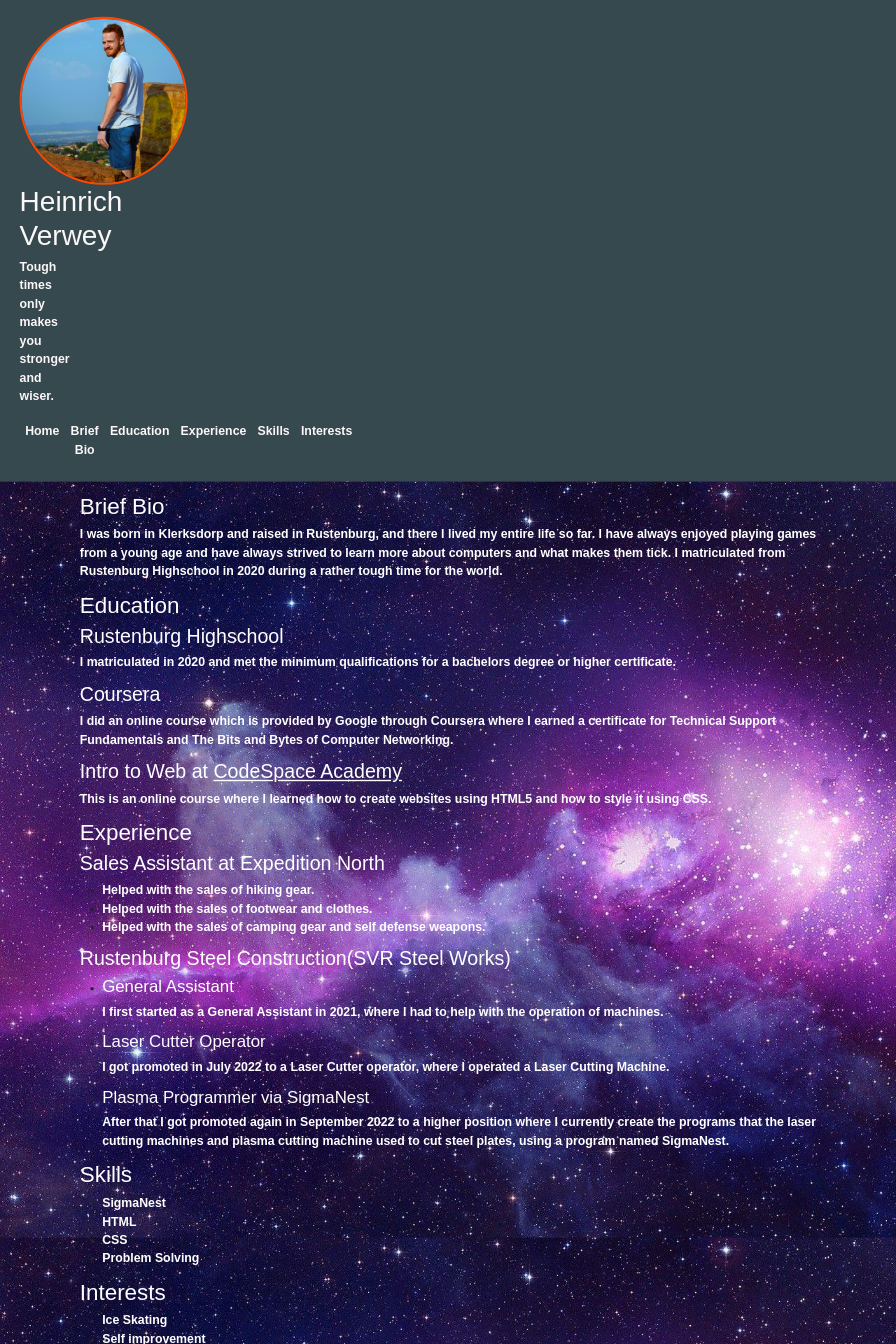
Repository: W3asl3y/IntroToWebDesign
Page: index.html
These files come from the project's save history. The page is drawn as it stood at one moment and after the next save; the edit follows.
The browser window is 1280 px wide. The pictures show the part of the page from y = 0 to 1920 px (the page is 2596 px tall before and 2196 px after), at 70% of full size.

Above is the page before, as saved 2022-12-09 15:28:53.

### index.html
<!DOCTYPE html>
<html lang="en">
    <head>
        <meta charset="UTF-8">
        <meta http-equiv="X-UA-Compatible" content="IE=edge">
        <meta name="viewport" content="width=device-width, initial-scale=1.0">

        <title>
            My Resume
        </title>

        <link rel="stylesheet" href="https://cdn.jsdelivr.net/npm/bootstrap@5.2.3/dist/css/bootstrap.min.css" integrity="sha384-rbsA2VBKQhggwzxH7pPCaAqO46MgnOM80zW1RWuH61DGLwZJEdK2Kadq2F9CUG65" crossorigin="anonymous">

        <link rel="stylesheet" type="text/css" href="css/stylesheet.css">

        <script src="https://cdn.jsdelivr.net/npm/bootstrap@5.2.3/dist/js/bootstrap.bundle.min.js" integrity="sha384-kenU1KFdBIe4zVF0s0G1M5b4hcpxyD9F7jL+jjXkk+Q2h455rYXK/7HAuoJl+0I4" crossorigin="anonymous"></script>

    </head>
    <body>
        <header id="heading">
            <div class="container-fluid text-center" style="padding: 0">
                <div class="row">

                        <div class="col-4">
                            <nav class="navbar navbar-expand-lg bg-transparent">
                                <div class="container-fluid">
                                    <div class="col-2"
                                    <a class="navbar-brand" href="#"><img id="profile_picture" src="images/Heinrich.jpg" alt="My profile picture" ></a>
                                    <div class="col-6 text-center" >
                                        <h1>
                                            Heinrich Verwey
                                        </h1>

                                        <p>
                                            Tough times only makes you stronger and wiser.
                                        </p>
                                    </div>
                                    <button class="navbar-toggler" type="button" data-bs-toggle="collapse" data-bs-target="#navbarSupportedContent" aria-controls="navbarSupportedContent" aria-expanded="false" aria-label="Toggle navigation">
                                        <span class="navbar-toggler-icon"></span>
                                    </button>
                                    <div class="collapse navbar-collapse" id="navbarSupportedContent">
                                        <ul class="navbar-nav me-auto mb-2 mb-lg-0">
                                            <li class="nav-item">
                                                <a class="nav-link active" aria-current="page" href="#">Home</a>
                                            </li>
                                            <li class="nav-item">
                                                <a class="nav-link" href="#brief_bio"> Brief Bio </a>
                                            </li>
                                             <li class="nav-item dropdown">
                                                <a class="nav-link" href="#education"> Education </a>
                                             </li>

                                            <li class="nav-item">
                                                <a class="nav-link" href="#experience"> Experience </a>
                                            </li>
                                            <li class="nav-item">
                                                <a class="nav-link" href="#skills"> Skills </a>
                                            </li>
                                            <li class="nav-item">
                                                <a class="nav-link" href="#interests"> Interests </a>
                                            </li>
                                        </ul>
                                    </div>
                                </div>
                            </nav>
                        </div>
                </div>
            </div>
        </header>

        <div class="backgroundImage">

        <main>
            <div class="container" style="padding-top: 1rem">
                <div class="row">
                    <div class="col-12">
                        <article id="contents">
                            <h2 id="brief_bio">
                                Brief Bio
                            </h2>
                            <p>
                                I was born in Klerksdorp and raised in Rustenburg, and there I lived my entire life so far. I have always enjoyed playing games from a young age and have always strived to learn more about computers and what makes them tick. I matriculated from Rustenburg Highschool in 2020 during a rather tough time for the world.
                            </p>
                            <h2 id=education>
                                Education
                            </h2>
                            <h3>
                                Rustenburg Highschool
                            </h3>
                            <p>
                                I matriculated in 2020 and met the minimum qualifications for a bachelors degree or higher certificate.
                            </p>
                            <h3>
                                Coursera
                            </h3>
                            <p>
                                I did an online course which is provided by Google through Coursera where I earned a certificate for Technical Support Fundamentals and The Bits and Bytes of Computer Networking.
                            </p>
                            <h3>
                                Intro to Web at <a href="https://www.codespace.co.za/courses/frontend-web-development/">CodeSpace Academy</a>
                            </h3>
                            <p>
                                This is an online course where I learned how to create websites using HTML5 and how to style it using CSS.
                            </p>
                            </h3>
                            <h2 id="experience">
                                Experience
                            </h2>
                            <h3>
                                Sales Assistant at Expedition North
                            </h3>
                            <ul>
                                <li>
                                    Helped with the sales of hiking gear.
                                </li>
                                <li>
                                    Helped with the sales of footwear and clothes.
                                </li>
                                <li>
                                    Helped with the sales of camping gear and self defense weapons.
                                </li>
                            </ul>
                            <h3>
                                Rustenburg Steel Construction(SVR Steel Works)
                            </h3>
                            <ul>
                                <li>
                                    <h4>
                                        General Assistant
                                    </h4>
                                        <p>
                                            I first started as a General Assistant in 2021, where I had to help with the operation of machines.
                                        </p>
                                </li>
                                <li>
                                    <h4>
                                        Laser Cutter Operator
                                    </h4>
                                        <p>
                                            I got promoted in July 2022 to a Laser Cutter operator, where I operated a Laser Cutting Machine.
                                        </p>
                                </li>
                                <li>
                                    <h4>
                                        Plasma Programmer via SigmaNest
                                    </h4>
                                        <p>
                                            After that I got promoted again in September 2022 to a higher position where I currently create the programs that the laser cutting machines and plasma cutting machine used to cut steel plates, using a program named SigmaNest.
                                        </p>
                                </li>
                            </ul>
                            <h2 id="skills">
                                Skills
                            </h2>
                            <ul>
                                <li>
                                    SigmaNest
                                </li>
                                <li>
                                    HTML
                                </li>
                                <li>
                                    CSS
                                </li>
                                <li>
                                    Problem Solving
                                </li>
                            </ul>
                            <h2 id="interests">
                                Interests
                            </h2>
                            <ul>
                                <li>
                                    Ice Skating
                                </li>
                                <li>
                                    Self improvement
                                </li>
                                <li>
                                    Learning new things
                                </li>
                                <li>
                                    Doing the best I can in every situation
                                </li>
                            </ul>
                        </article>
                    </div>
                </div>
            </div>

        </main>

        </div>
        <div class="container text-center" >
            <footer class="footer">
                <h2>
                    Contact Details
                </h2>
                    <a href="https://github.com/W3asl3y" target="_blank">
                        <img class="my_contacts" src="Images\Github-22.png" alt="My Github">
                    </a>
                    <a href="https://www.linkedin.com/in/heinrich-verwey-1627a7205/" target="_blank">
                        <img class="my_contacts" src="Images\LinkedIn.webp" alt="My LinkedIn">
                    </a>
                    <a  href="https://www.facebook.com/heinrich.verwey.79/" target="_blank">
                        <img class="my_contacts" src="Images\Facebook.webp" alt=" My Facebook">
                    </a>
                    <a href="mailto:verwey41@outlook.com" target="_blank">
                        <img class="my_contacts" src="Images\Microsoft-Outlook-01.png" alt="My Outlook Email">
                    </a>
                    <a href="https://mail.google.com/mail/u/0/#inbox?compose=DmwnWrRpddMlNTSjFqkttlfhgGgSTqTdZwvhCZbHGPMFCZvZVTDvqlDvZQjtBGtGFFxcnhXPNVnl" target="_blank">
                        <img class="my_contacts" src="Images\Gmail.webp" alt="My Gmail Email">
                    </a>

            </footer>
        </div>

        <div class="pictureOfMe">
            <picture>
                <source media="(max-width: 650px)" srcset="Images\Heinrich-H.jpg">
                <source media="(max-width: 1400px)" srcset="Images\Heinrich-HS.jpg">
                <img src="Images\Heinrich.jpg" alt="It is a picture of me">
            </picture>
        </div>

    </body>
</html

### CSS/stylesheet.css
* { box-sizing: border-box }

body{
     font-family:sans-serif;
     font-size:110%;
     font-weight: bolder;
     background-color:  #36494e ;
     display: flex;
     flex-direction: column;
}

.backgroundImage {
     background-image: url("/images/background-image.jpg");
     background-size: auto;

}

main {
     display: flex;
     flex-direction: row;
     overflow: unset;
     -webkit-text-fill-color: white;
}

header {
     text-align: center;
    -webkit-text-fill-color: #FCF7F8;
     background-color: #36494e;
     padding: 1rem;
}



#profile_picture {
     width: 15rem;
     border-radius: 50%;
     border: 3px solid orangered;
}

.nav-menu {
     list-style: none;
     padding: 0%;
}

#contents {
     padding-left: 2rem;
     background-color: transparent;
     background-image: none;
}



a:link {
     color: blue;
}

a:visited {
     color: blue;
}

.my_contacts {
     width: 40px;
     padding: 0.5rem;
}



footer {
     background-color: #36494e;
     text-align: center;
     -webkit-text-fill-color: white;
     padding: 1rem;
     justify-content: center;
}


.pictureOfMe {
     align-self: center;
}

@media  screen and (max-width:600px){
     #sidebar {
          width: 30vw;
     }
     #contents {
          width: auto;
     }
     .backgroundImage {
          width: auto;
     }
}

@media screen and (max-width:1000px) {
     #sidebar {
          width: 30vw;
     }
     #contents {
          width: auto;
     }
     .backgroundImage {
          width: auto;
     }

}

@media screen and (min-width:1000px) {
     #sidebar {
          width: 30vw;
     }
     #contents {
          width: auto;
     }
     .backgroundImage {
          width: auto;
     }

}

After the next save:
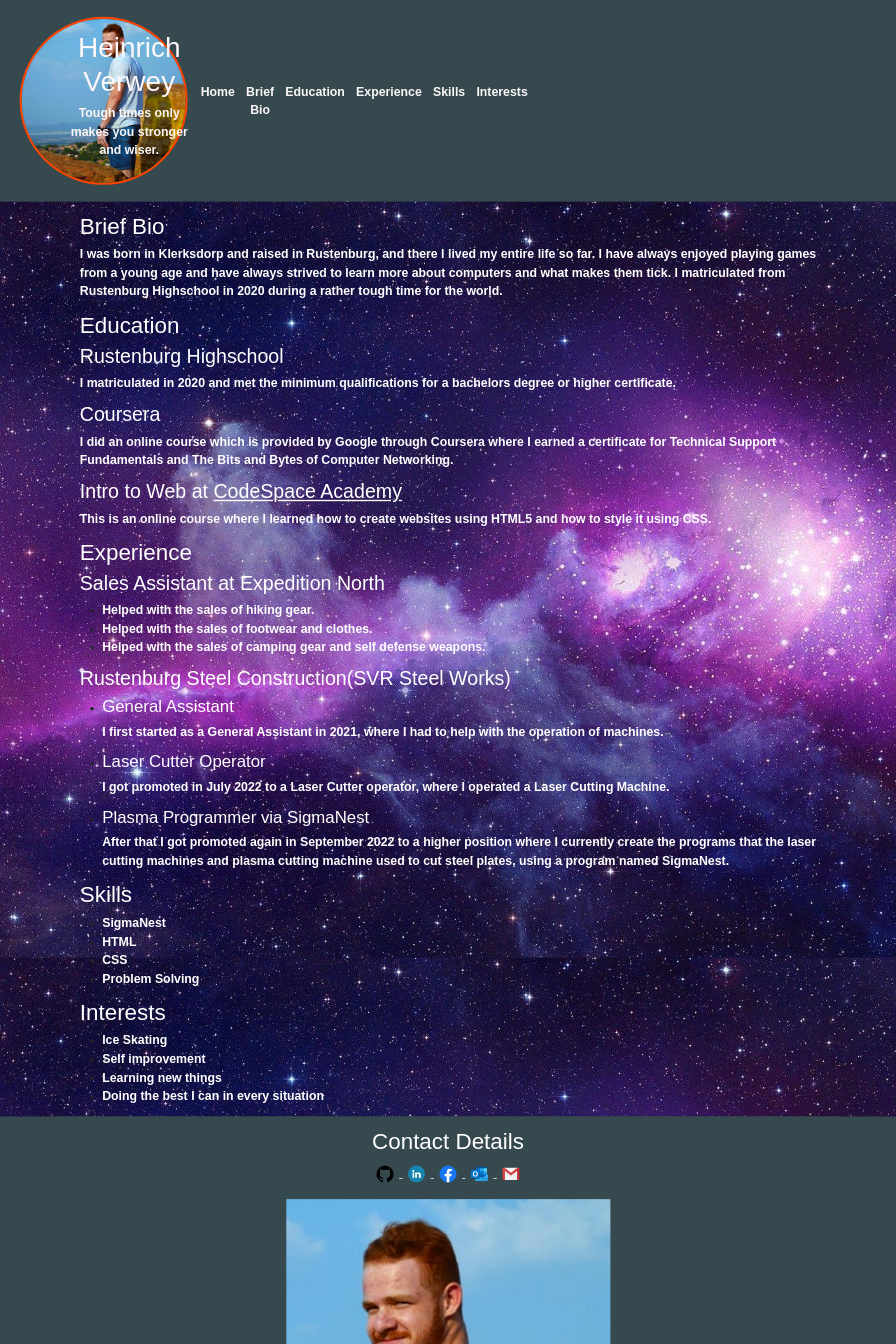
Saved 18 s later.
--- a/index.html
+++ b/index.html
@@ -24,8 +24,9 @@
                         <div class="col-4">
                             <nav class="navbar navbar-expand-lg bg-transparent">
                                 <div class="container-fluid">
-                                    <div class="col-2"
-                                    <a class="navbar-brand" href="#"><img id="profile_picture" src="images/Heinrich.jpg" alt="My profile picture" ></a>
+                                    <div class="col-2">
+                                        <a class="navbar-brand" href="#"><img id="profile_picture" src="images/Heinrich.jpg" alt="My profile picture" ></a>
+                                    </div>
                                     <div class="col-6 text-center" >
                                         <h1>
                                             Heinrich Verwey
